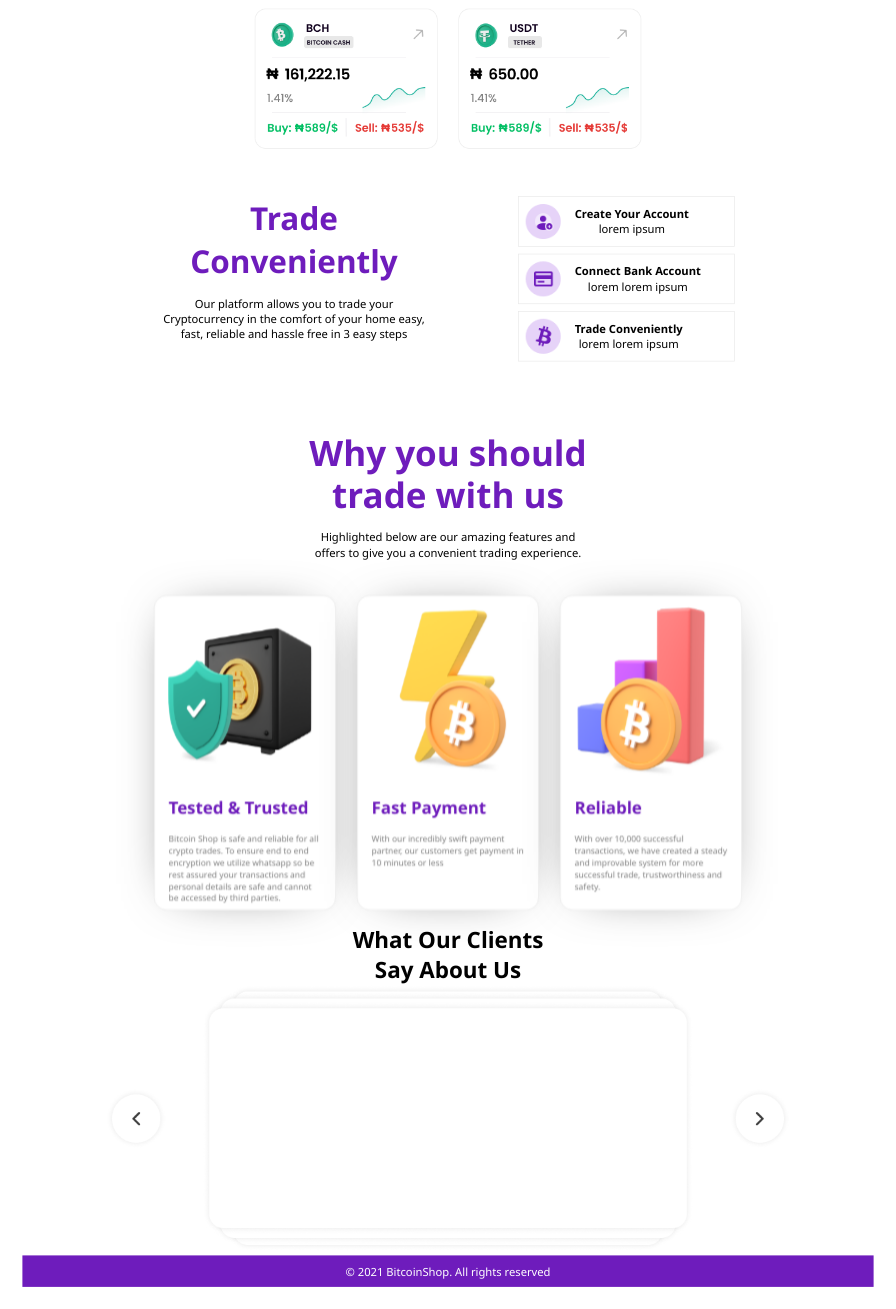
Repository: akinmiday/bitcoinshop-website
Page: /
These files come from the project's save history. The page is drawn as it stood at one moment and after the next save; the edit follows.
The browser window is 1280 px wide. The pictures show the part of the page from y = 819 to 2739 px (the page is 2689 px tall before and 2739 px after), at 70% of full size.
The project was rebuilt for these pictures with package versions that can differ from the ones it lists, and the page was loaded fresh each time. Also part of the build but not shown: vite.config.js.

Above is the page before, as saved 2023-07-10 20:10:48.

### src/App.jsx
import React from 'react'
import { Route, createBrowserRouter, RouterProvider, createRoutesFromElements } from "react-router-dom"
import './App.css'
import Layout from './components/layout'
import TitlePage from './pages/title'
import Rates from './pages/rates'



const router = createBrowserRouter(createRoutesFromElements(
  <Route path='/' element={<Layout />} >
    <Route index element={<TitlePage />} />
    <Route element={<Rates />} />

  </Route>
))

function App() {

  return (
    <RouterProvider router={router} />
  )
}

export default App

### src/index.css
*{
    margin: 0;
    padding: 0;
    box-sizing: border-box;
    font-family: 'Segoe UI', Tahoma, Geneva, Verdana, sans-serif ;
}

.header{
    display: flex;
    color:#6E1CBC;
    display: flex;
    align-items: center;
    border-bottom: #EAEAEA solid 1px;
    height: 60px;
    flex-shrink: 0;
    justify-content: space-between;
    padding: 20px;
}


.right-side-header{
    display: flex;
    align-items: center;
    font-weight: 500;
}

.right-side-header > img{
    padding: 10px;
    height: 44px;

}

.shop-logo{
    color:#FFCC00 ;
}


.middle-section-header {
    display: flex;
    justify-content: center;
    align-items: center;
    gap: 20px;
}

.right-side-header >button {
    background-color: #6E1CBC;
    color: #ffffff;
    padding: 5px 10px;
    border-radius: 8px;
}

.footer{
    background-color: #6E1CBC;
    color: #ffffff;
    display: flex;
    justify-content: center;
    align-items: center;
    margin-top: auto;
    flex-shrink: 0;
    height: 45px;
}

.title-section{
    display: flex;
    padding: 30px;
    height: 400px;
    justify-content: space-around;

}



.left-side-title{
    width: 450px;
    padding: 20px;
}

.left-side-title > h1{
    color: #6E1CBC;
    font-size: 62px;
    font-style: normal;
    font-weight: 700;
    line-height: 78px;


}

.left-side-title > p{
    font-size: 18px;
    padding: 20px 0;
}

.left-side-title >button{
    color: #ffffff;
    background-color: #6E1CBC;
    padding: 5px 10px;
    border-radius: 7px;
    text-align: center;
}

.rates-section{
    color: #6E1CBC;
    text-align: center;
    font-size: 26px;
}

.rates-section h1 {
    padding: 20px;
}

.rates-section img{
    height: 200px;
}


.top-row-rates-section {
    display: flex;
    justify-content: center;
    margin-bottom: 20px;
    gap: 30px;
  }

  .bottom-row-rates-section {
    display: flex;
    justify-content: center;
    gap: 30px;
  }

  .trade-section{
    margin-top: 30px;
    display: flex;
    justify-content: center;
    align-items: flex-start;
    gap: 110px;
    flex-shrink: 0;
    padding: 20px;
  }

  .left-trade-section{
    width: 400px;

  }

  .left-trade-section h1 {
    color: #6E1CBC;
    font-size: 45px;
    padding: 10px;
  }

  .left-trade-section p{
    padding: 10px;
  }

  .trade-link-section >div{
    display: flex;
    align-items: center;
    width: 310px;
    padding: 10px;
    margin: 10px;
    border: #EAEAEA 1px solid;
  }

  .trade-link-section > div >img{
    height: 50px;
    margin-right: 20px;
  }
  .trade-with-us{
    text-align: center;

    margin-top: 50px;
  }

  .trade-with-us-heading > h1{
    color: #6E1CBC;
    font-size: 50px;
    line-height: 60px;
    padding: 20px;
  }

  .trade-with-us-icon-section{
    display: flex;
    margin-top: 20px;
    padding-top: 30px;
    gap: 30px;
    justify-content: center;
    align-items: center;
    padding-bottom: 20px;
  }

  .trade-with-us-icon-section >div{
    border-radius: 18px;
    border: 1px solid #EAEAEA;
    background: #FFF;
    backdrop-filter: blur(100px);
    width: 260px;
    height: 450px;
    text-align: left;
    box-shadow: -2px 0px 74px -36px rgba(0,0,0,0.71);
    -webkit-box-shadow: -2px 0px 74px -36px rgba(0,0,0,0.71);
    -moz-box-shadow: -2px 0px 74px -36px rgba(0,0,0,0.71);
  }

  .trade-with-us-icon-section div >h2{
    color: #6E1CBC;
    padding: 20px;
  }

  .trade-with-us-icon-section div >p{
    padding: 0 20px;
    font-size: 12px;
    color: #808080;
  }

  .trade-with-us-icon-section img {
    width: 250px;
    height: 250px;
    margin-top: 10px;
  }

  .carousel-area{
    display: flex;
    align-items: center;
    justify-content: center;
    gap: 50px;
  }

  .review-section{
    text-align: center;
  }

### src/components/layout.jsx
import React from "react";
import { Outlet } from "react-router-dom";
import Header from "./header";
import Footer from "./footer";
import Rates from "../pages/rates";


export default function Layout() {
    return (<>
        <Header />
        <main>
            <Outlet />
        </main>
        <Footer />
    </>)
}

### src/pages/title.jsx
import React from "react";
import groupIcons from "../assets/Group-icons-title.png"
import Rates from "./rates";
import TradeSection from "./tradeSection";
import TradeWithUs from "./tradewithus";
import Reviews from "./reviews";

export default function TitlePage() {
    return (<>
        <div className="title-section" >
            <div className="left-side-title" >
                <h1>Trade your Cryptocurrency</h1>
                <p>Best and reliable platform to trade over 100 cryptocurrencies for your local Fiat</p>
                <button>Get Started</button>
            </div>
            <img src={groupIcons} />
        </div>
        <Rates />
        <TradeSection />
        <TradeWithUs />
        <Reviews />
    </>
    )
}

### src/pages/rates.jsx
import React from "react";
import btcTrend from "../assets/bitcoin-trend-Item.png"
import ethTrend from "../assets/ETH-Trend-Item.png"
import bnbTrend from "../assets/BNB-Trend-Item.png"
import bchTrend from "../assets/BCH-Trend-Item.png"
import usdtTrend from "../assets/USDT-Trend-Item.png"

export default function Rates() {
    return (
        <div className="rates-section">
            <h1>We Offer Superb Rates</h1>
            <div className="top-row-rates-section">
                <div><img src={btcTrend} /></div>
                <div><img src={ethTrend} /></div>
                <div><img src={bnbTrend} /></div>
            </div>
            <div className="bottom-row-rates-section">
                <div><img src={bchTrend} /></div>
                <div><img src={usdtTrend} /></div>
            </div>
        </div>
    );
}

### src/components/header.jsx
import React from "react";
import logoImg from "../assets/bitcoinshop-logo.png"
import lightIcon from "../assets/Light-icon.png"


export default function Header() {
    return (<div className="header" >
        <div className="right-side-header" ><img src={logoImg} />
            <h4>Bitcoin<span className="shop-logo" >Shop</span></h4>
        </div>
        <div className="middle-section-header" >
            <h4>Home</h4>
            <h4>Contact us</h4>
            <h4>About us</h4>
            <h4>FAQs</h4>
            <h4>Terms of Service</h4>
        </div>
        <div className="right-side-header" >
            <img src={lightIcon} />
            <button>Trade now</button>
        </div>


    </div>)
}

### src/components/footer.jsx
import React from "react";

export default function Footer() {
    return (<>
        <div className="footer" >&#169; 2021 BitcoinShop. All rights reserved</div>
    </>)
}

### src/pages/tradeSection.jsx
import React from "react";
import profileIcon from "../assets/profile-icon.png"
import debitCardIcon from "../assets/debit-card-icon.png"
import bitcoinIcon from "../assets/bitcoin-icon.png"

export default function TradeSection() {
    return (
        <div className="trade-section">
            <div className="left-trade-section" >
                <h1>Trade Conveniently</h1>
                <p>Our platform allows you to trade your Cryptocurrency in the comfort of your home
                    easy, fast, reliable and hassle free in 3 easy steps
                </p>
            </div>
            <div className="trade-link-section" >
                <div>
                    <img src={profileIcon} />
                    <div>
                        <h4>Create Your Account</h4>
                        <p>
                            lorem ipsum
                        </p>
                    </div>
                </div>

                <div>
                    <img src={debitCardIcon} />
                    <div>
                        <h4>Connect Bank Account</h4>
                        <p>
                            lorem lorem ipsum
                        </p>
                    </div>
                </div>

                <div>
                    <img src={bitcoinIcon} />
                    <div>
                        <h4>Trade Conveniently</h4>
                        <p>
                            lorem lorem ipsum
                        </p>
                    </div>
                </div>
            </div>
        </div>
    )
}

### src/pages/tradewithus.jsx
import React from "react";
import securedIcon from "../assets/secured.png"
import fastPaymentIcon from "../assets/fast-payment.png"
import reliableIcon from "../assets/reliable.png"

export default function TradeWithUs() {
    return (
        <div className="trade-with-us" >
            <div className="trade-with-us-heading" >
                <h1>Why you should <br /> trade with us</h1>
                <p>Highlighted below are our amazing features and <br /> offers
                    to give you a convenient trading experience.
                </p>
            </div>
            <div className="trade-with-us-icon-section" >
                <div>
                    <img src={securedIcon} />
                    <h2>Tested & Trusted</h2>
                    <p>Bitcoin Shop is safe and reliable for all crypto trades. To ensure end to end encryption we utilize whatsapp
                        so be rest assured your transactions and personal details are safe and cannot be accessed by third parties.
                    </p>
                </div>
                <div>
                    <img src={fastPaymentIcon} />
                    <h2>Fast Payment</h2>
                    <p>With our incredibly swift payment partner, our customers get payment in 10 minutes or less</p>
                </div>
                <div>
                    <img src={reliableIcon} />
                    <h2>Reliable</h2>
                    <p>With over 10,000 successful transactions, we have created a steady and improvable system for more successful trade,
                        trustworthiness and safety.
                    </p>
                </div>
            </div>
        </div>
    )
}

### src/pages/reviews.jsx
import React from "react";
import reviewCard from "../assets/review-card.png"
import toRightIcon from "../assets/to-right-carousel.png"
import toLeftIcon from "../assets/to-left-carousel.png"

export default function Reviews() {
    return (
        <div className="review-section" >
            <h1>What Our Clients<br />Say About Us</h1>

            <div className="carousel-area" >
                <div>
                    <img src={toLeftIcon} />
                </div>
                <div>
                    <img src={reviewCard} />
                </div>
                <div>
                    <img src={toRightIcon} />
                </div>
            </div>

        </div>
    )
}

Loaded but not shown: src/main.jsx (common file); src/App.css (common file)

After the next save:
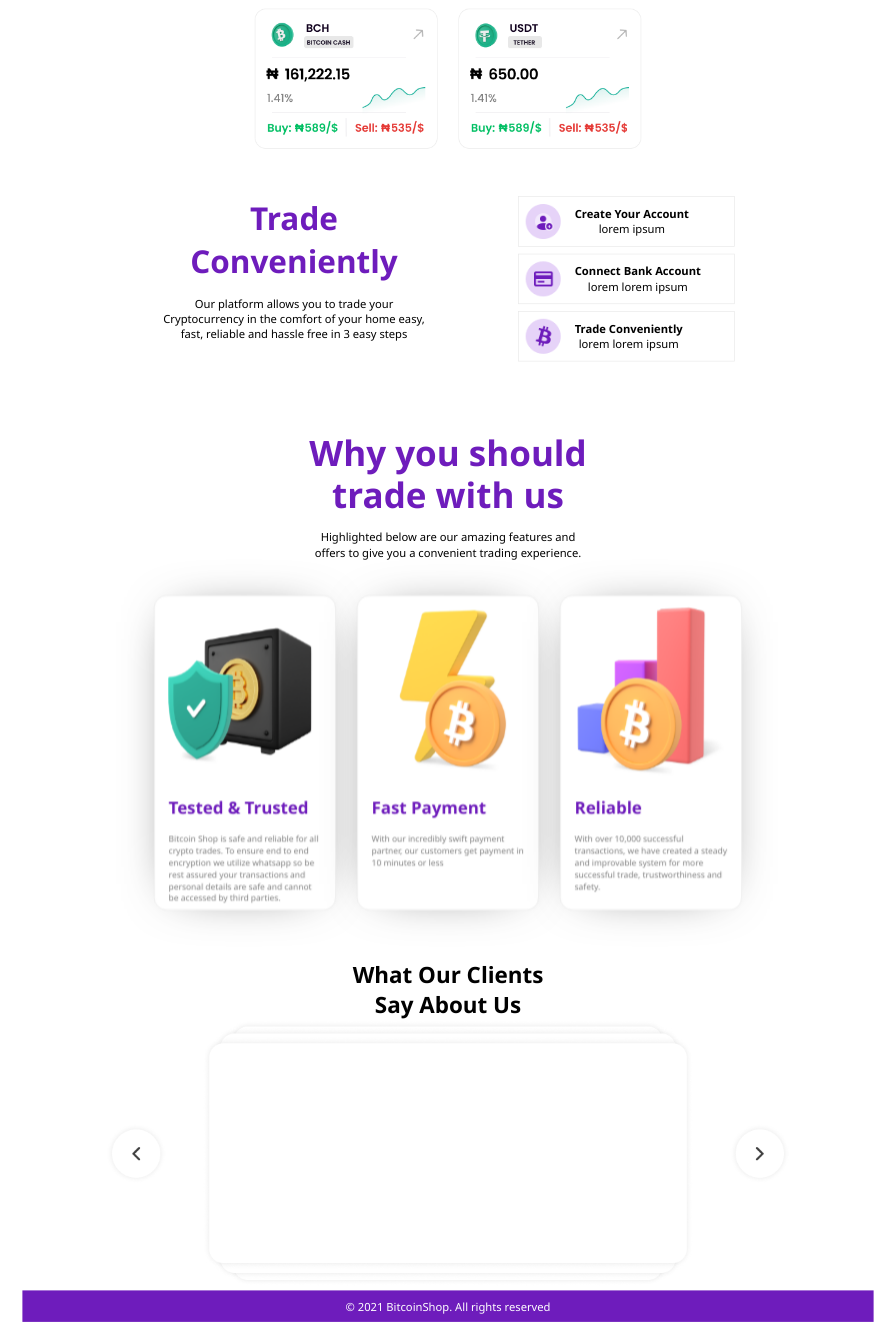
Saved 17 s later.
--- a/src/index.css
+++ b/src/index.css
@@ -226,4 +226,5 @@
 
   .review-section{
     text-align: center;
-  }
+    margin-top: 50px;
+  }
